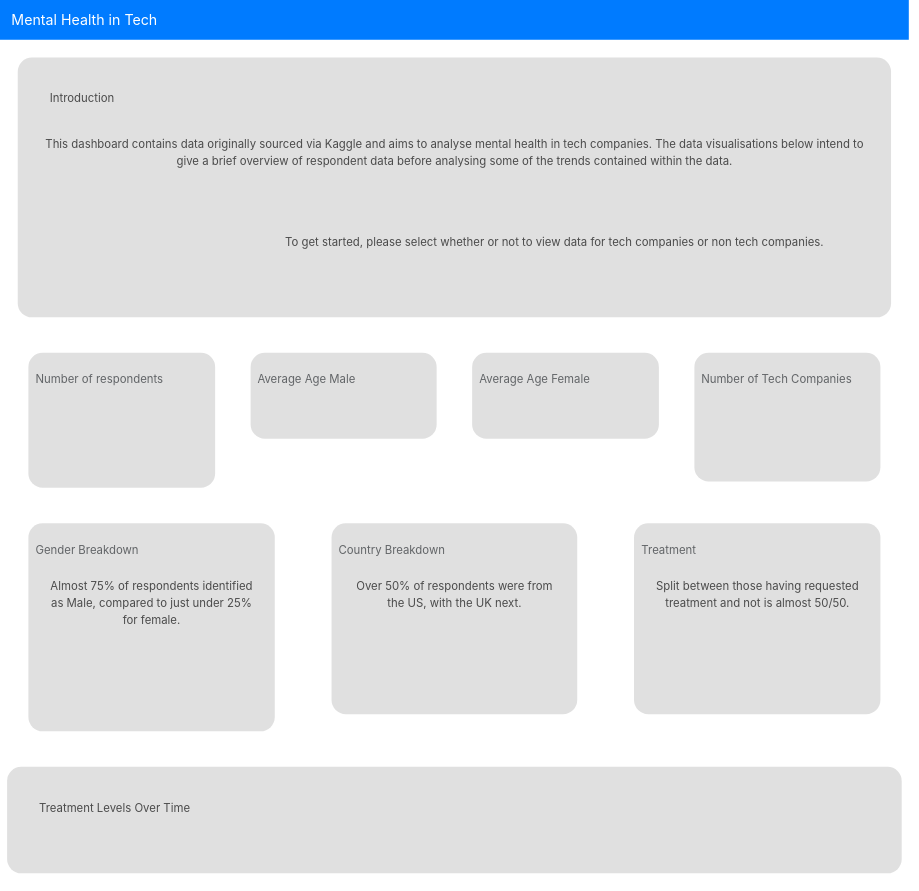
Repository: martingr1/mhdashboard
Page: index.html
The author's editor kept a record of every edit. The page is drawn from the files as they stood at one moment, then again after the next edit.
The browser window is 1280 px wide. The page is 1295 px wide, so the pictures cover 1295 px, including what lies to the right of the window. The pictures show the whole page, at 71% of full size.
Some web libraries are served in a nearby version.

Above is the page before.
Console error: SyntaxError: Unexpected token '*'

After the next edit:
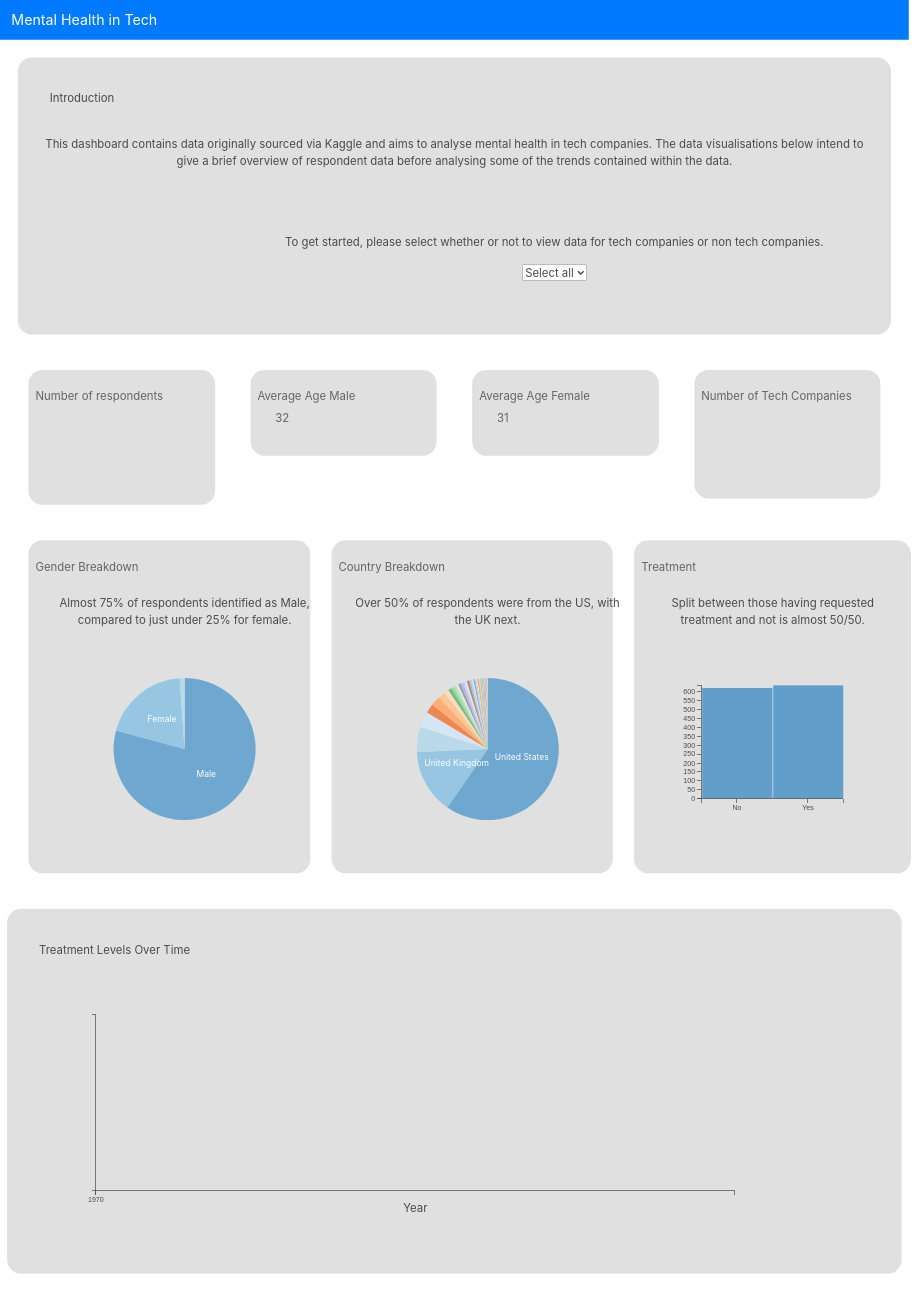
The error is gone.
The edit:
--- a/static/js/graph.js
+++ b/static/js/graph.js
@@ -156,5 +156,5 @@
         .transitionDuration(500)
         .x(d3.time.scale().domain([minDate, maxDate]))
         .xAxisLabel("Year")
-        .yAxis().ticks(4); */
+        .yAxis().ticks(4);
 }
